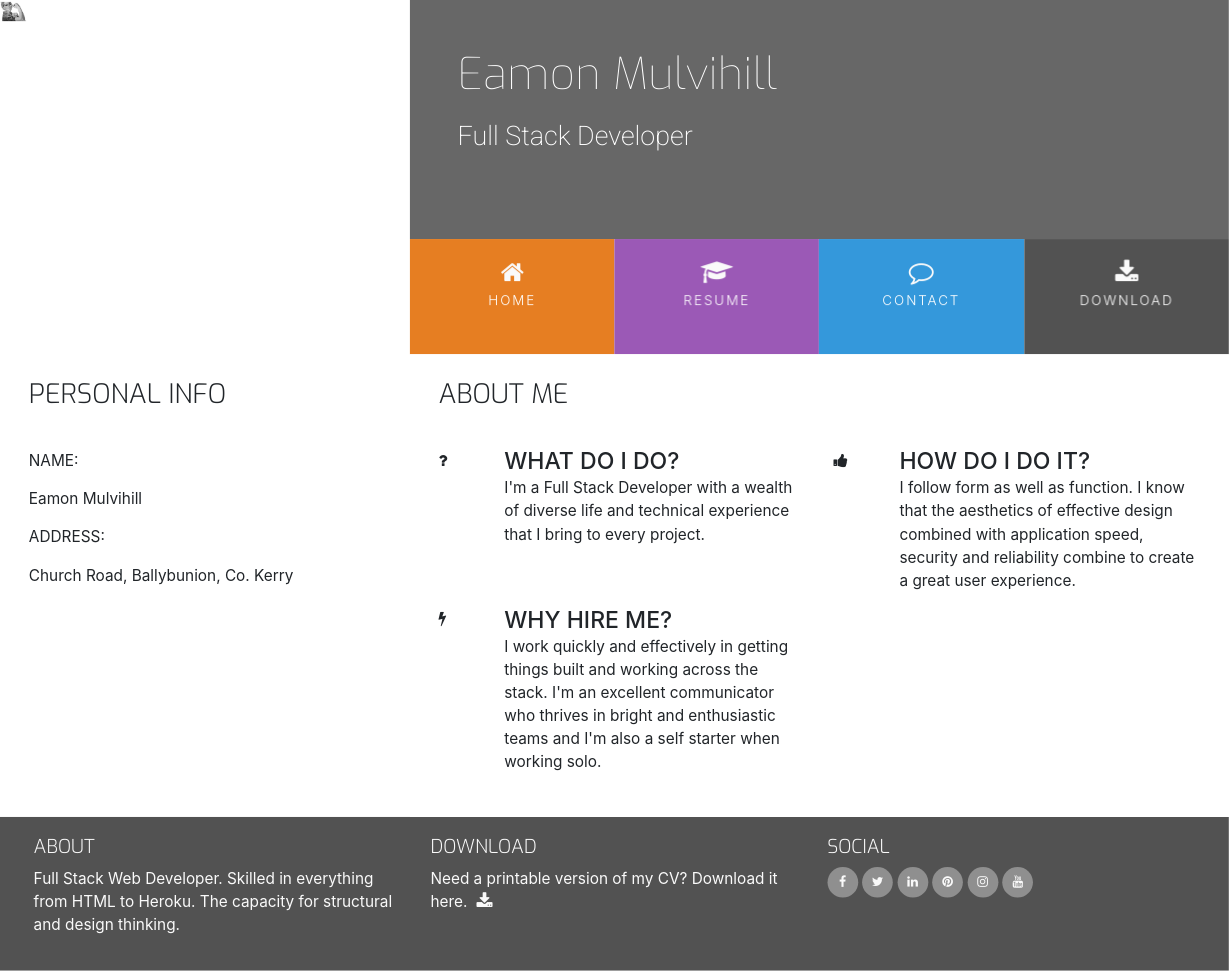
Repository: emulvihi/interactive-cv
Page: index.html
The author's editor kept a record of every edit. The page is drawn from the files as they stood at one moment, then again after the next edit.
The browser window is 1280 px wide. The pictures show the whole page, at 96% of full size.

Above is the page before.

### index.html
<!DOCTYPE html>
<html lang="en">

<head>
    <meta charset="UTF-8">
    <meta name="viewport" content="width=device-width, initial-scale=1.0">
    <meta http-equiv="X-UA-Compatible" content="ie=edge">
    <link rel="stylesheet" href="https://stackpath.bootstrapcdn.com/bootstrap/4.3.1/css/bootstrap.min.css" type="text/css" />
    <link rel="stylesheet" href="https://stackpath.bootstrapcdn.com/font-awesome/4.7.0/css/font-awesome.min.css" type="text/css">
    <link rel="stylesheet" href="https://cdnjs.cloudflare.com/ajax/libs/hover.css/2.3.1/css/hover-min.css" type="text/css" />
    <link rel="stylesheet" href="assets/css/style.css" type="text/css" />
    <title>Eamon</title>
</head>

<body>
    <header>
        <div class="row no-gutters">
            <div class="col-md-4">
                <a href="index.html" class="col-md-4 logo">

                </a>
            </div>
            <div class="col-md-8">
                <div class="row no-gutters bg-color-name-title">
                    <div class="col heading">
                        <h1 class="name">Eamon Mulvihill</h1>
                        <h2 class="title">Full Stack Developer</h2>
                    </div>
                </div>
                <div class="row no-gutters">
                    <div class="col">
                        <ul id="nav" class="list-inline menucontainer">
                            <li class="col-6 col-sm-3 ui-menu-color-home list-inline-item menuitem">
                                <a href="" class="hvr-sweep-to-bottom"><i class="fa fa-home" aria-hidden="true"></i><span>Home</span></a>
                            </li>
                            <li class="col-6 col-sm-3 ui-menu-color-resume list-inline-item menuitem">
                                <a href="" class="hvr-sweep-to-bottom"><i class="fa fa-graduation-cap" aria-hidden="true"></i><span>Resume</span></a>
                            </li>
                            <li class="col-6 col-sm-3 ui-menu-color-contact list-inline-item menuitem">
                                <a href="" class="hvr-sweep-to-bottom"><i class="fa fa-comment-o" aria-hidden="true"></i><span>Contact</span></a>
                            </li>
                            <li class="col-6 col-sm-3 ui-menu-color-download list-inline-item menuitem">
                                <a href="" class="hvr-sweep-to-bottom"><i class="fa fa-download" aria-hidden="true"></i><span>Download</span></a>
                            </li>
                        </ul>
                    </div>
                </div>
            </div>
        </div>
    </header>
    <section class="container-fluid">
        <div class="row">
            <div class="col-md-4 bg-color-personal-info section-column">
                <div class="row">
                    <div class="col-12">
                        <h3 class="section-heading uppercase">
                            Personal Info
                        </h3>
                    </div>
                </div>
                <div class="personal-info-item">
                    <div class="key">
                        <p class="uppercase">
                            Name:
                        </p>
                    </div>
                    <div class="value">
                        <p>
                            Eamon Mulvihill
                        </p>
                    </div>
                </div>
                <div class="personal-info-item">
                    <div class="key">
                        <p class="uppercase">
                            Address:
                        </p>
                    </div>
                    <div class="value">
                        <p>
                            Church Road, Ballybunion, Co. Kerry
                        </p>
                    </div>
                </div>
            </div>
            <div class="col-md-8 bg-color-three-reasons section-column">
                <div class="row">
                    <div class="col">
                        <h3 class="section-heading uppercase">About Me</h3>
                    </div>
                </div>
                <div class="row">
                    <div class="col-10 offset-1 offset-sm-0 col-sm-4 col-md-6">
                        <div class="row">
                            <div class="col-2">
                                <i class="three-reasons-icon fa fa-question" aria-hidden="true"></i>
                            </div>
                            <div class="col-10">
                                <h4 class="three-reasons-heading uppercase">What do I do?</h4>
                                <p>
                                    I'm a Full Stack Developer with a wealth of diverse life and technical experience that I bring to every project.
                                </p>
                            </div>
                        </div>
                    </div>
                    <div class="col-10 offset-1 offset-sm-0 col-sm-4 col-md-6">
                        <div class="row">
                            <div class="col-2">
                                <i class="three-reasons-icon fa fa-thumbs-up" aria-hidden="true"></i>
                            </div>
                            <div class="col-10">
                                <h4 class="three-reasons-heading uppercase">How do I do it?</h4>
                                <p>
                                    I follow form as well as function. I know that the aesthetics of effective design combined with application speed, security and reliability combine to create a great user experience.
                                </p>
                            </div>
                        </div>
                    </div>
                    <div class="col-10 offset-1 offset-sm-0 col-sm-4 col-md-6">
                        <div class="row">
                            <div class="col-2">
                                <i class="three-reasons-icon fa fa-bolt" aria-hidden="true"></i>
                            </div>
                            <div class="col-10">
                                <h4 class="three-reasons-heading uppercase">Why hire me?</h4>
                                <p>
                                    I work quickly and effectively in getting things built and working across the stack. I'm an excellent
                                    communicator who thrives in bright and enthusiastic teams and
                                    I'm also a self starter when working solo.
                                </p>
                            </div>
                        </div>
                    </div>
                </div>
            </div>
        </div>

    </section>
    <footer class="container-fluid">
        <div id="footer-details" class="row">
            <div class="col-sm-4">
                <h5 class="uppercase general-sub">About</h5>
                <p class="inline-block">
                    Full Stack Web Developer. Skilled in everything from HTML to Heroku. The capacity for structural and design thinking.
                </p>
            </div>
            <div class="col-sm-4">
                <h5 class="uppercase general-sub">Download</h5>
                <p class="inline-block">
                    Need a printable version of my CV? Download it here.
                    <a href="#" target="_blank" class="cv-pdf">
                        <i class="fa fa-download" aria-hidden="true"></i>
                        <span class="sr-only">Download link.</span>
                    </a>
                </p>
            </div>
            <div class="col-sm-4">
                <h5 class="uppercase general-sub">Social</h5>
                <ul class="list-inline social-links">
                    <li class="list-inline-item">
                        <a href="#" target="_blank">
                            <i class="fa fa-facebook" aria-hidden="true"></i>
                            <span class="sr-only">Facebook</span>
                        </a>
                    </li>
                    <li class="list-inline-item">
                        <a href="#" target="_blank">
                            <i class="fa fa-twitter" aria-hidden="true"></i>
                            <span class="sr-only">Twitter</span>
                        </a>
                    </li>
                    <li class="list-inline-item">
                        <a href="#" target="_blank">
                            <i class="fa fa-linkedin" aria-hidden="true"></i>
                            <span class="sr-only">LinkedIn</span>
                        </a>
                    </li>
                    <li class="list-inline-item">
                        <a href="#" target="_blank">
                            <i class="fa fa-pinterest" aria-hidden="true"></i>
                            <span class="sr-only">Pinterest</span>
                        </a>
                    </li>
                    <li class="list-inline-item">
                        <a href="#" target="_blank">
                            <i class="fa fa-instagram" aria-hidden="true"></i>
                            <span class="sr-only">Instagram</span>
                        </a>
                    </li>
                    <li class="list-inline-item">
                        <a href="#" target="_blank">
                            <i class="fa fa-youtube" aria-hidden="true"></i>
                            <span class="sr-only">Youtube</span>
                        </a>
                    </li>
                </ul>
            </div>
        </div>
    </footer>
</body>

</html>

### assets/css/style.css
@import url('https://fonts.googleapis.com/css?family=Roboto:100,200,300,400,500,600,700|Exo:100,200,300,400,500,600,700');

/* ---------------------------- Colours */

.bg-color-name-title {
    background-color: #676767;
}

.bg-color-three-reasons {
    background-color: #fff;
}

.ui-menu-color-home {
    background-color: #e67e22;
}

.ui-menu-color-resume {
    background-color: #9b59b6;
}

.ui-menu-color-contact {
    background-color: #3498db;
}

.ui-menu-color-download {
    background-color: #525252;
}

/* ---------------------------- Special paddings/margins/text */

h1,
h2,
h3,
h4 {
    margin: 0;
}

.uppercase {
    text-transform: uppercase;
}

.general-sub {
    font-family: "Exo", sans-serif;
    font-weight: 300;
    color: #fafafa;
}

.inline-block {
    display: inline-block;
}

.row-table {
    display: table;
}

.section-column {
    display: table-cell;
    padding: 0 30px 30px;
    float: none;
}

.section-heading {
    font-family: "Exo", sans-serif;
    font-weight: 300;
    margin-top: 25px;
    margin-bottom: 40px;
}

/* ---------------------------- Heading */

header {
    margin: 0;
}

.heading {
    margin-left: 50px;
}

.logo {
    background: url("../images/rosie.jpg");
    background-position: center;
    background-repeat: no-repeat;
    background-size: cover;
    min-height: 360px;
    transition: all .5s ease-in-out;
    -moz-transition: all .5s ease-in-out;
    -webkit-transition: all .5s ease-in-out;
}

.name {
    font-family: "Exo", sans-serif;
    font-weight: 100;
    font-size: 46px;
    margin-top: 50px;
    color: #fff;
}

.title {
    font-family: "Roboto", sans-serif;
    font-weight: 200;
    font-size: 28px;
    margin-top: 20px;
    margin-bottom: 90px;
    color: #fff;
}

.list-inline-item:not(:last-child) {
    margin: 0;
}

.menucontainer {
    font-size: 0;
}

#nav {
    margin: 0;
}

#nav li {
    font-size: 14px;
    padding: 0;
}

.menuitem {
    height: 120px;
    text-align: center;
    padding: 0;
}

.menuitem a {
    width: 100%;
    text-decoration: none;
    color: #fff;
    height: 120px;
}

.menuitem a i {
    padding-top: 22px;
    display: block;
    color: #fafafa;
    font-size: 26px;
}

.menuitem span {
    display: block;
    width: 100%;
    padding-top: 5px;
    text-align: center;
    text-transform: uppercase;
    font-size: 14px;
    font-weight: 300;
    letter-spacing: 2px;
}

/* ---------------------------- Hover */

.hvr-sweep-to-bottom:before {
    background-color: rgba(0, 0, 0, 0.2);
    height: 120px;
}

/* ---------------------------- Footer */

footer {
    background-color: #525252;
    color: #fafafa;
    min-height: 120px;
}

.cv-pdf i {
    font-size: 18px;
    color: #fafafa;
    text-align: center;
    padding-left: 5px;
    transition: all 0.35s ease-in-out;
    -moz-transition: all 0.35s ease-in-out;
    -webkit-transition: all 0.35s ease-in-out;
    -o-transition: all 0.35s ease-in-out;
}

.cv-pdf i:hover {
    color: #e84610;
}

.social-links {
    padding-bottom: 15px;
}

.social-links li a i {
    width: 32px;
    height: 32px;
    padding: 12px 0;
    border-radius: 50%;
    font-size: 13px;
    line-height: 7px;
    text-align: center;
    color: #fafafa;
    background-color: #8f8f8f;
    transition: all 0.35s ease-in-out;
    -moz-transition: all 0.35s ease-in-out;
    -webkit-transition: all 0.35s ease-in-out;
    -o-transition: all 0.35s ease-in-out;
}

.social-links li a i:hover {
    background-color: #e84610;
}

#footer-details {
    padding: 20px;
}

After the next edit:
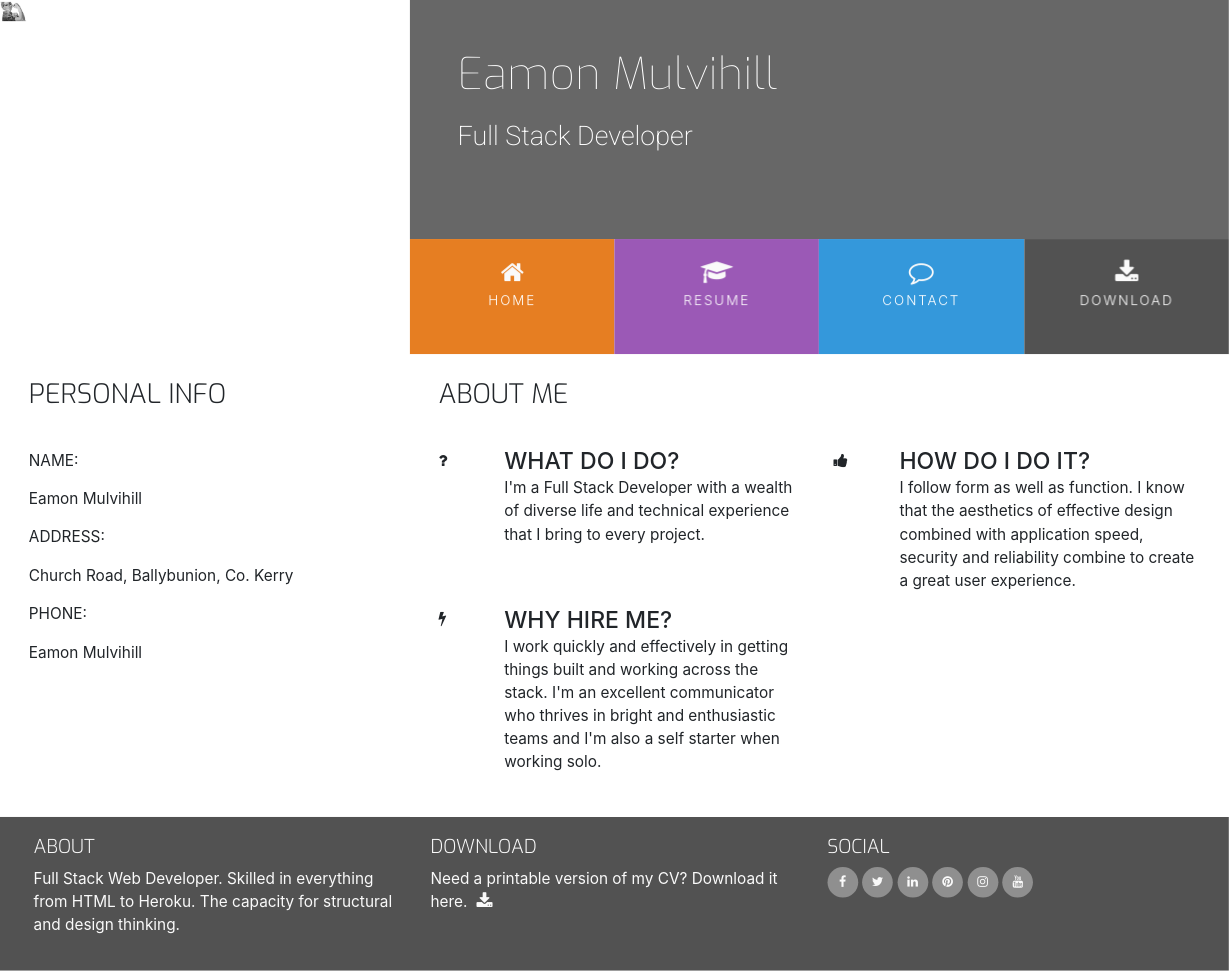
The edit:
--- a/index.html
+++ b/index.html
@@ -82,6 +82,18 @@
                         </p>
                     </div>
                 </div>
+                <div class="personal-info-item">
+                    <div class="key">
+                        <p class="uppercase">
+                            Phone:
+                        </p>
+                    </div>
+                    <div class="value">
+                        <p>
+                            Eamon Mulvihill
+                        </p>
+                    </div>
+                </div>
             </div>
             <div class="col-md-8 bg-color-three-reasons section-column">
                 <div class="row">
